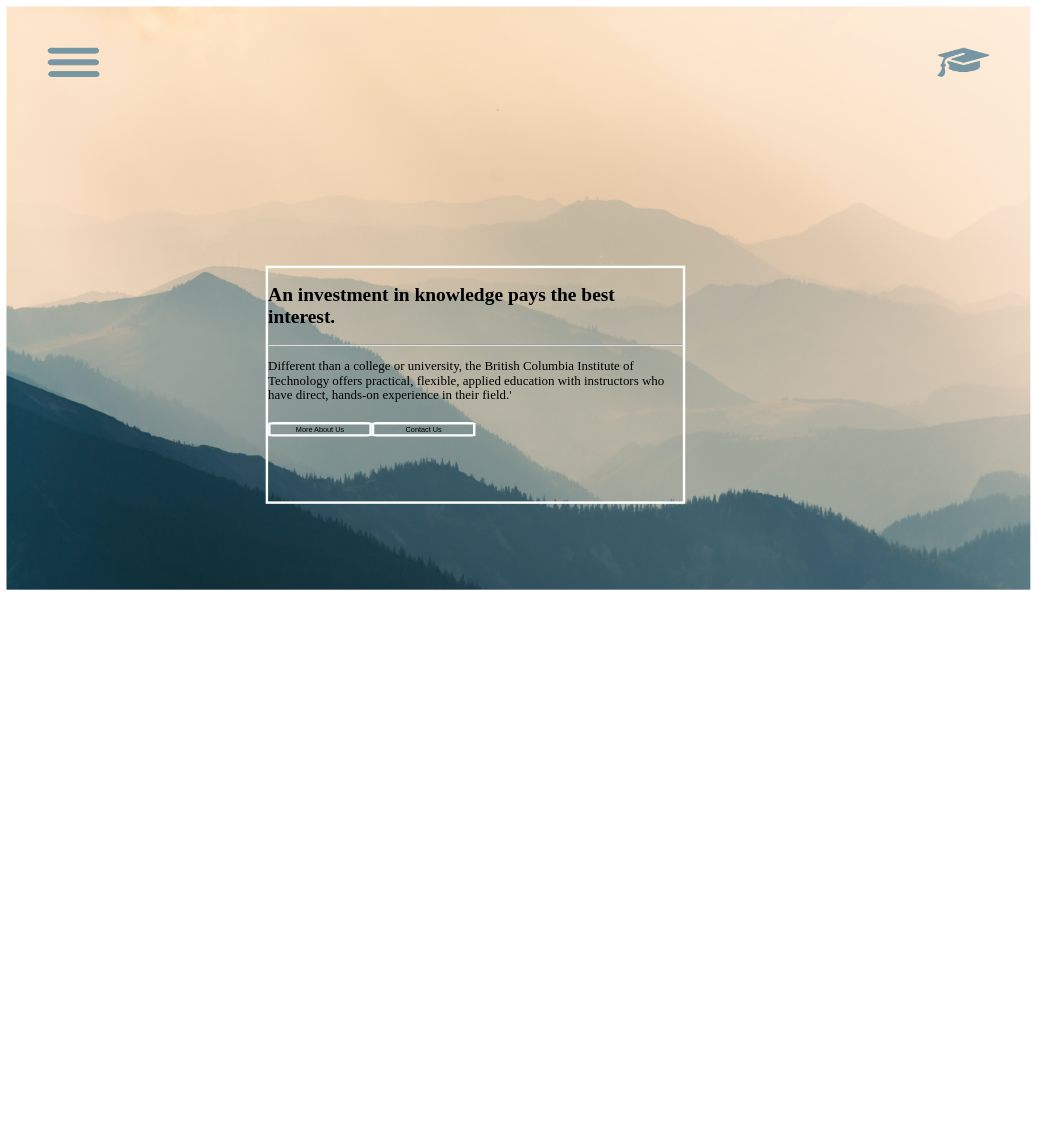
Repository: sierralaurent/MDIA2109-Assignment01
Page: /
An editor plug-in stored every save of this project. The page is shown before and after the next save, followed by the edit.
The browser window is 1280 px wide. The pictures show the whole page, at 81% of full size.
The project was rebuilt for these pictures with package versions that can differ from the ones it lists, and the page was loaded fresh each time. The framework's server and built-in components were replaced by stand-ins that run in the browser. Also part of the build but not shown: next.config.js.

Above is the page before, as saved 2023-02-01 16:39:25.

After the next save:
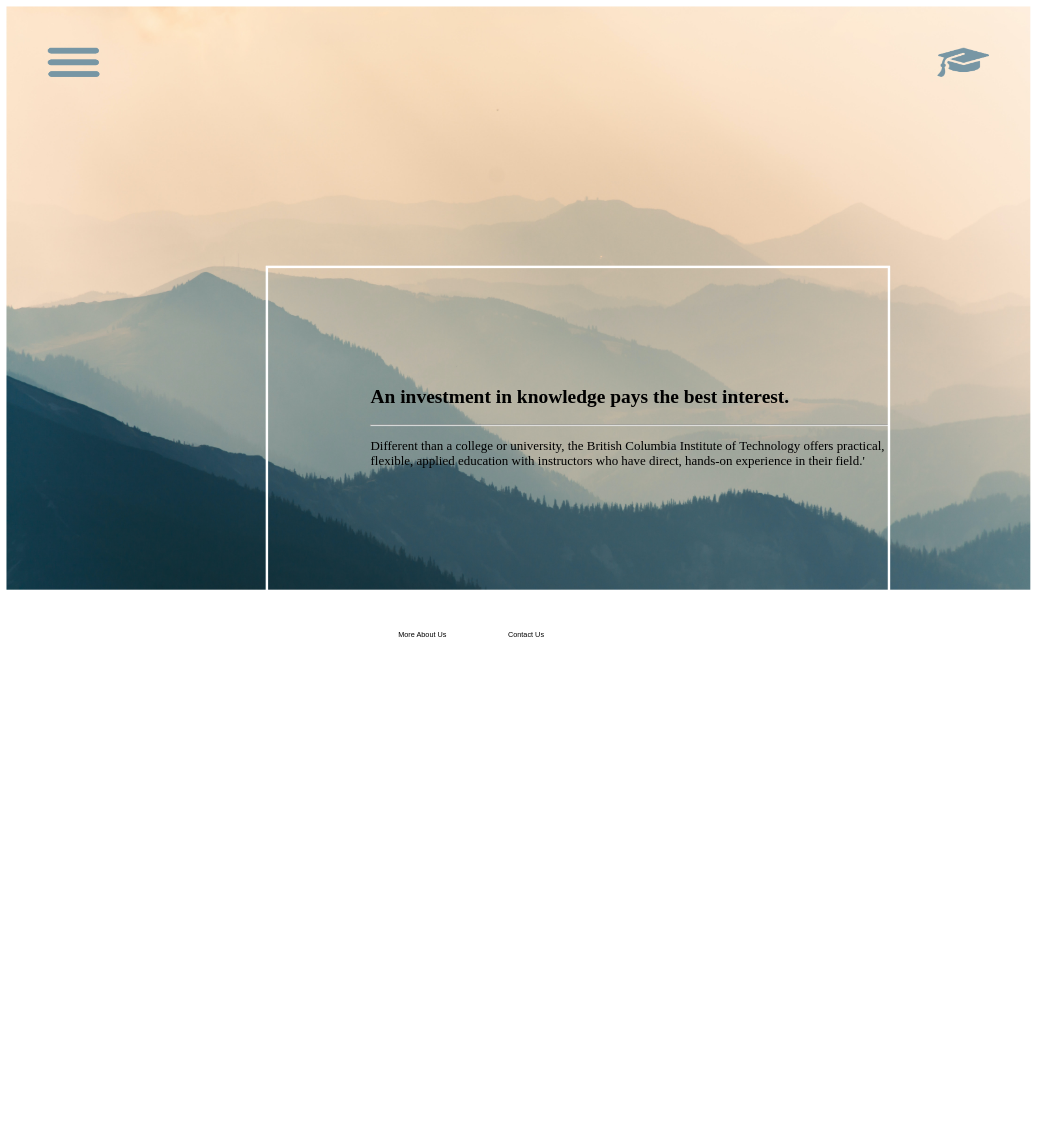
Saved 102 s later.
--- a/styles/Home.module.css
+++ b/styles/Home.module.css
@@ -15,6 +15,7 @@
 }
 
 .intro {
+  position: absolute;
 
 
 }
@@ -47,6 +48,7 @@
   border: 3px solid white;
   top: 20rem;
   left: 20rem;
+  padding: 10%;
 }
 
 .icon1 {
